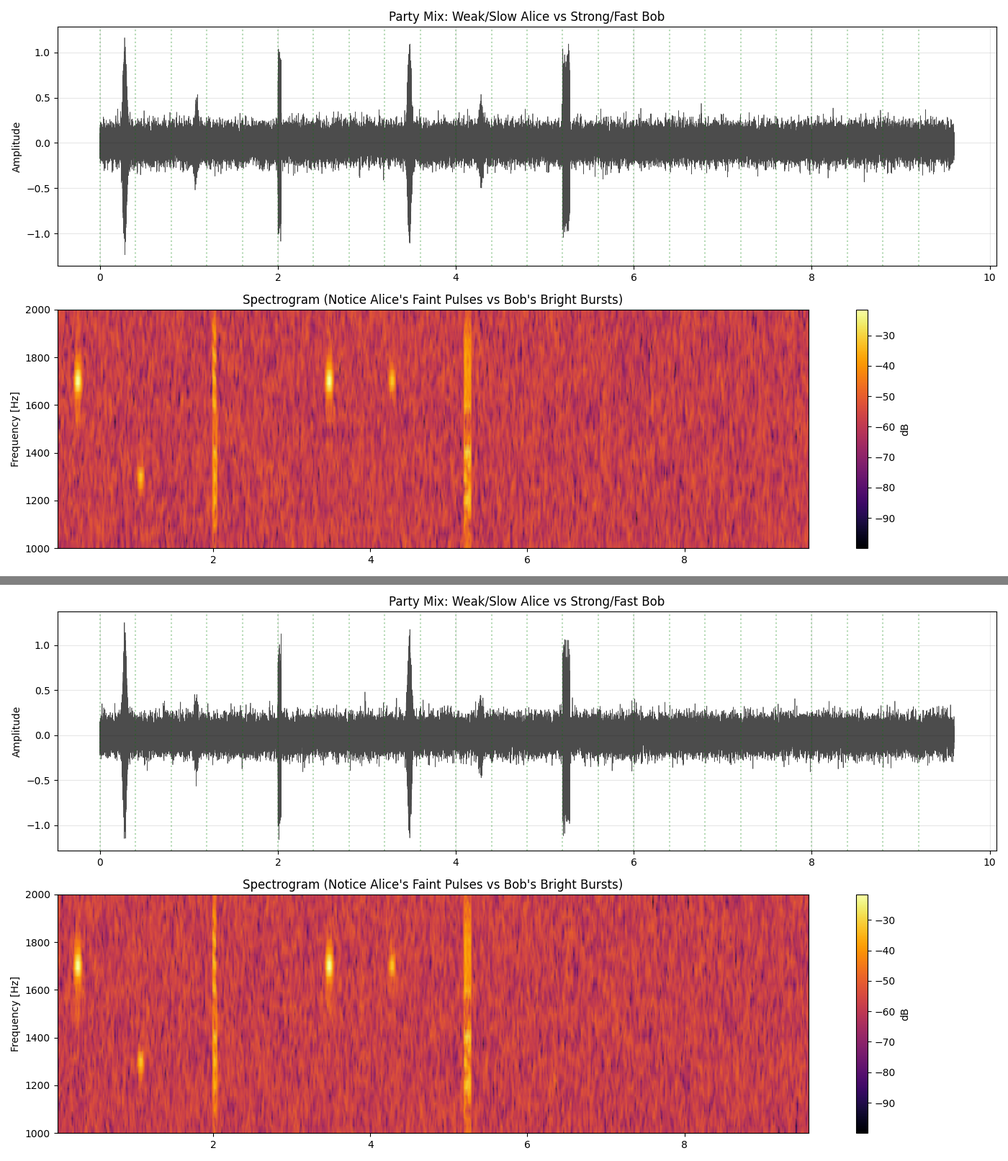
Repository: springyworks/Digiton
Script's output: python digiton_party_mix.py
An editor plug-in stored every save of this project. The script's output is shown before and after the next save, followed by the edit.
The pictures are shown at 72% of full size.
Each picture stacks the figures in order, with grey between them; figures that are only written to a file come last. Random numbers start from a fixed seed.

Above is the script's output before, as saved 2025-11-27 18:43:18.
Error: NameError: name 'slot_duration' is not defined

After the next save:
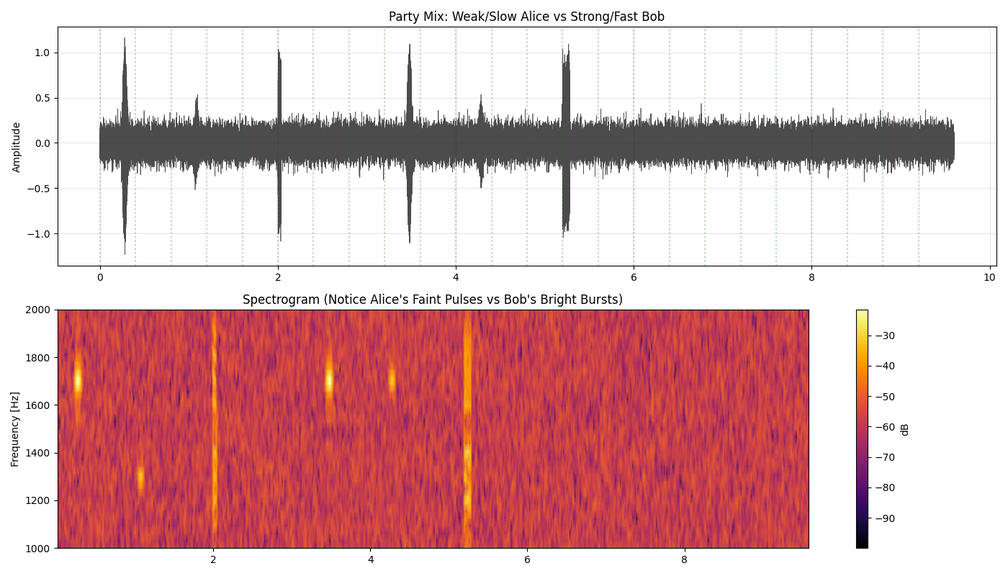
The error is gone.
Saved 32 s later.
--- a/digiton_party_mix.py
+++ b/digiton_party_mix.py
@@ -152,106 +152,3 @@ def simulate_party_mix():
 
 if __name__ == "__main__":
     simulate_party_mix()
-
-if __name__ == "__main__":
-    simulate_party_mix()
-    # "REQ" (1010)
-    t_bob_req = slot_duration * 5 + 0.1
-    sig_clean += generate_burst(t, t_bob_req, f_bob, [1,0,1,0], 0.01, amplitude=1.0)
-
-    # --- CYCLE 2: NEGOTIATION (THE HANDSHAKE) ---
-    print("[Cycle 2] Negotiation (Auto-Throttle)")
-    t_c2 = cycle_duration
-    # Master CQ
-    sig_clean += generate_digiton(t, t_c2 + 0.2, f_master, 0.05)
-
-    # MASTER -> ALICE (Slot 2)
-    # Master detects Alice is weak. Sends "SLOW ACK" (Long, Low Tone).
-    # A single long ping.
-    t_ack_alice = t_c2 + slot_duration * 2 + 0.2
-    sig_clean += generate_digiton(t, t_ack_alice, f_master, 0.15, amplitude=0.8) # 150ms width = SLOW
-
-    # MASTER -> BOB (Slot 5)
-    # Master detects Bob is strong. Sends "FAST ACK" (Fast Chirps).
-    # "OK" (11)
-    t_ack_bob = t_c2 + slot_duration * 5 + 0.1
-    sig_clean += generate_burst(t, t_ack_bob, f_master, [1,1], 0.01, amplitude=0.8)
-
-    # --- CYCLE 3: TRAFFIC (MIXED SPEEDS) ---
-    print("[Cycle 3] Traffic")
-    t_c3 = 2 * cycle_duration
-    # Master CQ
-    sig_clean += generate_digiton(t, t_c3 + 0.2, f_master, 0.05)
-
-    # ALICE (Slot 2) - SLOW DATA
-    # She sends 1 bit of data using a robust ping.
-    t_alice_data = t_c3 + slot_duration * 2 + 0.2
-    sig_clean += generate_digiton(t, t_alice_data, f_alice, 0.1, amplitude=0.5)
-
-    # BOB (Slot 5) - FAST DATA
-    # He sends "HI" (ASCII) in a burst.
-    # 'H' (01001000) 'I' (01001001)
-    t_bob_data = t_c3 + slot_duration * 5 + 0.05
-    bits_hi = text_to_bits("HI")
-    sig_clean += generate_burst(t, t_bob_data, f_bob, bits_hi, 0.005, amplitude=1.0) # 5ms bits
-
-    # --- VISUALIZATION ---
-    plt.figure(figsize=(14, 8))
-
-    # Plot Timeline
-    plt.subplot(2, 1, 1)
-    plt.plot(t, sig_clean, 'k', linewidth=0.6)
-    plt.title("Wavelet Party Protocol: Mixed Speed Negotiation (Auto-Throttle)")
-    plt.ylabel("Amplitude")
-    plt.xlim(0, total_time)
-    plt.grid(True, alpha=0.3)
-
-    # Annotations
-    # Cycle 1
-    plt.text(0.2, 1.1, "CYCLE 1: DISCOVERY", fontweight='bold')
-    plt.text(t_alice_req, 0.6, "Alice (Weak)\nStd Ping", ha='center', color='blue', fontsize=8)
-    plt.text(t_bob_req, 1.1, "Bob (Strong)\nFast REQ", ha='center', color='red', fontsize=8)
-
-    # Cycle 2
-    plt.text(t_c2 + 0.2, 1.1, "CYCLE 2: NEGOTIATION", fontweight='bold')
-    plt.text(t_ack_alice, 0.9, "Master -> Alice\nSLOW ACK (Long Pulse)", ha='center', color='green', fontsize=8)
-    plt.text(t_ack_bob, 0.9, "Master -> Bob\nFAST ACK (Burst)", ha='center', color='green', fontsize=8)
-
-    # Cycle 3
-    plt.text(t_c3 + 0.2, 1.1, "CYCLE 3: TRAFFIC", fontweight='bold')
-    plt.text(t_alice_data, 0.6, "Alice\nSlow Data (1 bit)", ha='center', color='blue', fontsize=8)
-    plt.text(t_bob_data, 1.1, "Bob\nFast Data 'HI' (16 bits)", ha='center', color='red', fontsize=8)
-
-    # Draw Slots
-    for i in range(int(total_cycles * num_slots)):
-        plt.axvline(i * slot_duration, color='g', linestyle=':', alpha=0.2)
-
-    # Zoom on Cycle 3
-    plt.subplot(2, 1, 2)
-    # Zoom into Cycle 3 to see the speed difference
-    zoom_start = t_c3
-    zoom_end = t_c3 + cycle_duration
-    idx_s = int(zoom_start * fs)
-    idx_e = int(zoom_end * fs)
-
-    plt.plot(t[idx_s:idx_e], sig_clean[idx_s:idx_e], 'b', linewidth=0.8)
-    plt.title("Zoom: Cycle 3 Traffic (Contrast between Slow Alice and Fast Bob)")
-    plt.xlabel("Time (s)")
-    plt.grid(True, alpha=0.3)
-
-    plt.tight_layout()
-    plt.savefig('data/04_digiton_party_mix.png')
-    print("Visualization saved to 'data/04_digiton_party_mix.png'")
-
-    # Save Audio (Clean Logic)
-    # Normalize
-    max_val = np.max(np.abs(sig_clean))
-    if max_val > 0:
-        sig_norm = sig_clean / max_val * 0.9
-
-    sig_int16 = (sig_norm * 32767).astype(np.int16)
-    wavfile.write('data/04_digiton_party_mix.wav', fs, sig_int16)
-    print("Audio saved to 'data/04_digiton_party_mix.wav'")
-
-if __name__ == "__main__":
-    simulate_party_mix()
